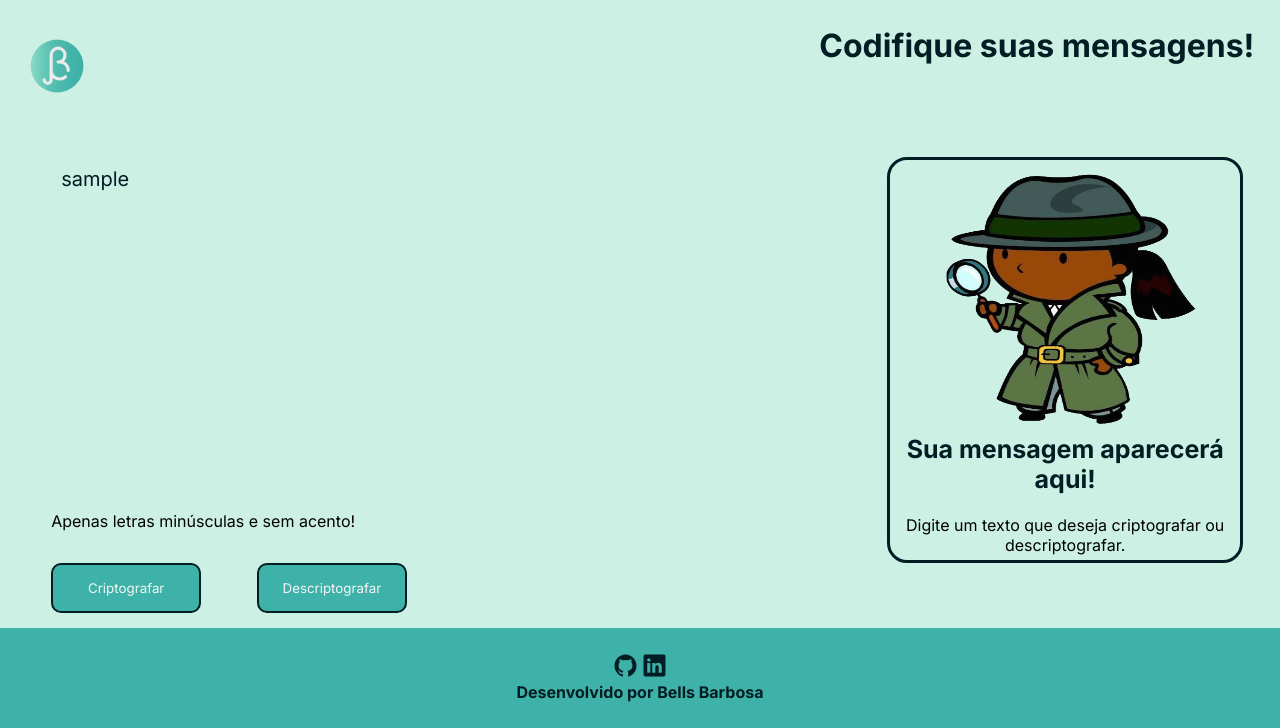
Repository: BellsBarbosa/ChallengeDecodificadorAluraOne
Page: index.html
These files come from the project's save history. The page is drawn as it stood at one moment and after the next save; the edit follows.
The browser window is 1280 px wide. The pictures show the whole page.
Empty fields were first filled with sample values (such as "Sample", 5 or name@example.com).
After loading, the first visible `button.btn-criptografar` was clicked once.

Above is the page before, as saved 2024-08-22 18:45:50.

After the next save:
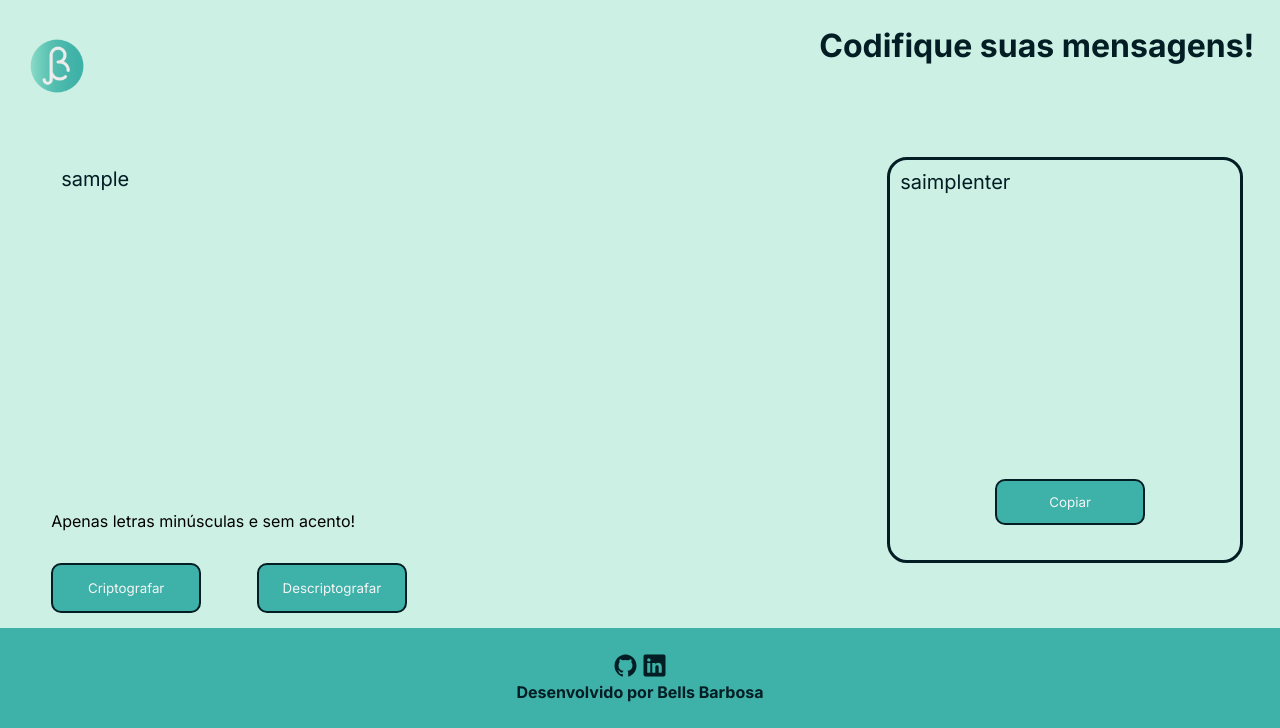
Saved 23 s later.
--- a/script.js
+++ b/script.js
@@ -9,7 +9,7 @@ function criptografar(){
   var result3 = result2.replace(/a/g, "ai");
   var result4 = result3.replace(/o/g, "ober");
   var result5 = result4.replace(/u/g, "ufat");
-  document.getElementById('input-texto').innerHTML = '<textarea readonly id="output-texto">' + result5 +
+  document.getElementById('output').innerHTML = '<textarea readonly id="output-texto">' + result5 +
   '</textarea>' + '<button class="btn-copiar" id="copiar" onclick="copiar()">Copiar</button>'
 }
 
@@ -22,12 +22,12 @@ function descriptografar(){
     var result4 = result3.replace(/ober/g, "o");
     var result5 = result4.replace(/ufat/g, "u");
 
-    document.getElementById('input-texto').innerHTML = '<textarea readonly id="output-texto">' + result5 +
+    document.getElementById('output').innerHTML = '<textarea readonly id="output-texto">' + result5 +
     '</textarea>' + '<button class="btn-copiar" id="copiar" onclick="copiar()">Copiar</button>'
 }
 
 function copiar() {
-    var textoCop =  document.getElementById('input-texto');
+    var textoCop =  document.getElementById('output-texto');
 
     textoCop.select();
     document.execCommand('copy');
